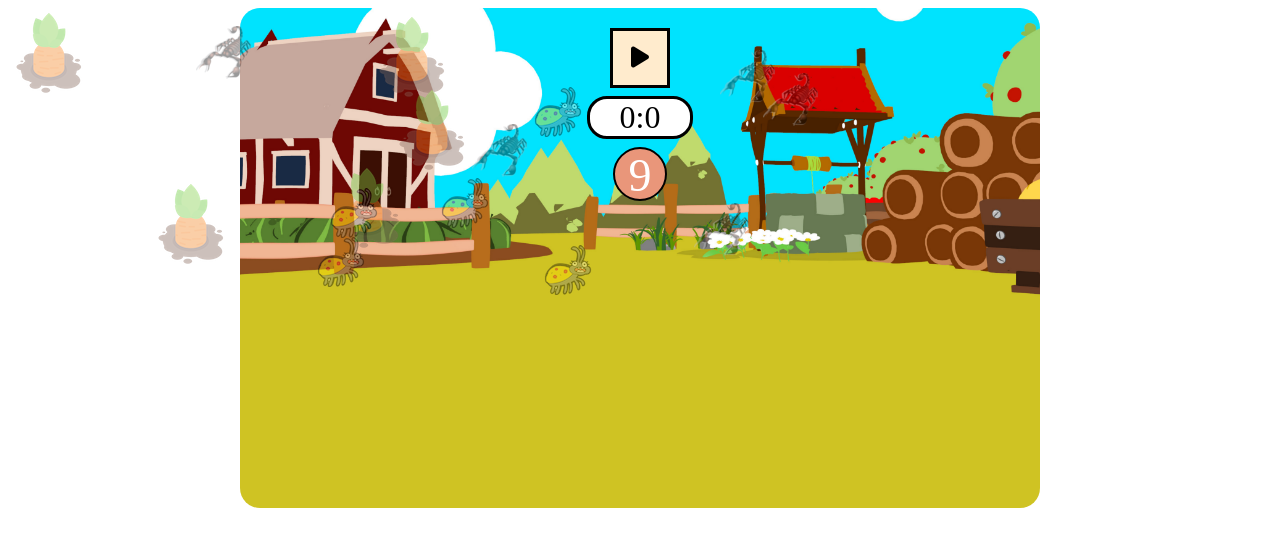
Repository: ggandory/browser101
Page: chapter7/carrot/index.html
These files come from the project's save history. The page is drawn as it stood at one moment and after the next save; the edit follows.
The browser window is 1280 px wide. The pictures show the whole page.
Some web libraries are served in a nearby version.

Above is the page before, as saved 2024-05-01 23:57:11.

### chapter7/carrot/index.html
<!DOCTYPE html>
<html lang="en">
  <head>
    <meta charset="UTF-8" />
    <meta name="viewport" content="width=device-width, initial-scale=1.0" />
    <title>My First Game</title>
    <link rel="stylesheet" href="style.css" />
    <script src="main.js" defer></script>
    <script
      src="https://kit.fontawesome.com/9eb162ac0d.js"
      crossorigin="anonymous"
    ></script>
  </head>
  <body>
    <section class="game">
      <header class="game_header">
        <button class="game_button">
          <i class="fa-solid fa-play"></i>
        </button>
        <span class="game_timer">0:0</span>
        <span class="game_score">9</span>
      </header>
      <section class="game_field"></section>
    </section>
    <section class="pop-up pop-up-hide">
      <button class="pop-up_refresh">
        <i class="fa-solid fa-rotate-right"></i>
      </button>
      <span class="pop-up_message">hello</span>
    </section>
  </body>
</html>

### chapter7/carrot/style.css
button {
  border: none;
  outline: none;
  cursor: pointer;
}

body {
  text-align: center;
}

.game {
  display: flex;
  flex-direction: column;
  width: 800px;
  height: 500px;
  margin: auto;
  background: url(img/background.png) center/cover;
  border-radius: 20px;
}

.game_header {
  display: flex;
  flex-direction: column;
  align-items: center;
  padding: 20px;
}

.game_button {
  width: 60px;
  height: 60px;
  background-color: blanchedalmond;
  border: 3px solid black;
  font-size: 24px;
  transition: transform 300ms ease-in;
}
.game_button:hover {
  transform: scale(1.1);
}

.game_timer {
  width: 100px;
  background-color: white;
  text-align: center;
  border-radius: 20px;
  border: 3px solid black;
  font-size: 32px;
  margin-top: 8px;
}
.game_score {
  text-align: center;
  width: 50px;
  height: 50px;
  font-size: 46px;
  color: white;
  background-color: darksalmon;
  border-radius: 50%; /*둥글게 만들기*/
  margin-top: 8px;
  border: 2px solid black;
}

.game_field {
  width: 100%;
  height: 100%;
  margin-top: 40px;
  opacity: 0.4;
}

.pop-up {
  display: block;
  width: 350px;
  height: 140px;
  padding: 20px;
  background-color: #00000070;
  color: white;
  text-align: center;
  border-radius: 20px;
  margin: auto;
  transform: translateY(-150%);
}
.pop-up-hide {
  display: none;
}

.pop-up_refresh {
  width: 60px;
  height: 50px;
  font-size: 24px;
  background-color: wheat;
  border: 2px solid black;
  border-radius: 50%;
  transition: transform 300ms ease-in;
}
.pop-up_refresh:hover {
  transform: scale(1.1);
}

.pop-up_message {
  display: block; /*다음줄에 나오게 하려고*/
  font-size: 38px;
}

### chapter7/carrot/main.js
"use strict";

const field = document.querySelector(".game_field");
const fieldRect = field.getBoundingClientRect();

function initGame() {
  //벌레와 당근을 생성한뒤 field에 추가해준다.
  console.log(fieldRect);
  addItem("carrot", 5, "img/carrot.png");
  addItem("monster", 5, "img/monster.png");
  addItem("bug", 5, "img/bug.png");
}

function addItem(className, count, imgPath) {
  const x1 = 0;
  const y1 = 0;
  const x2 = fieldRect.width;
  const y2 = fieldRect.height;
  for (let i = 0; i < count; i++) {
    const item = document.createElement("img");
    item.setAttribute("class", className);
    item.setAttribute("src", imgPath);
    item.style.position = "absolute";
    const x = randomNumber(x1, x2);
    const y = randomNumber(y1, y2);
    item.style.left = `${x}px`;
    item.style.top = `${y}px`;
    field.appendChild(item);
  }
}

function randomNumber(min, max) {
  return Math.random() * (max - min) + min;
}

initGame();

After the next save:
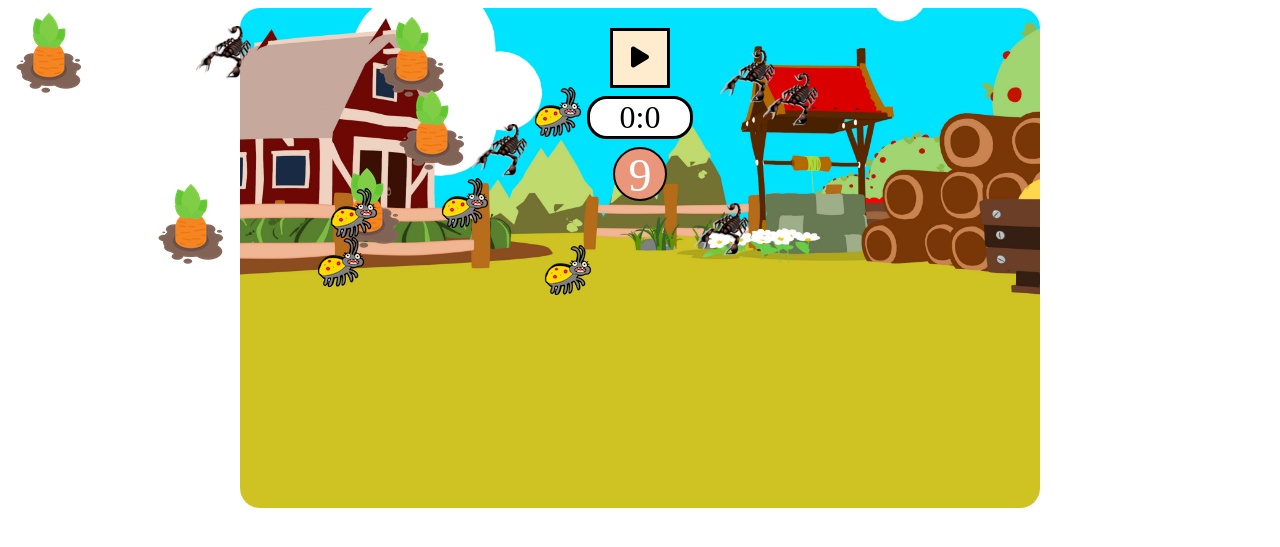
Saved 7 min 23 s later.
--- a/chapter7/carrot/style.css
+++ b/chapter7/carrot/style.css
@@ -62,7 +62,6 @@ body {
   width: 100%;
   height: 100%;
   margin-top: 40px;
-  opacity: 0.4;
 }
 
 .pop-up {
